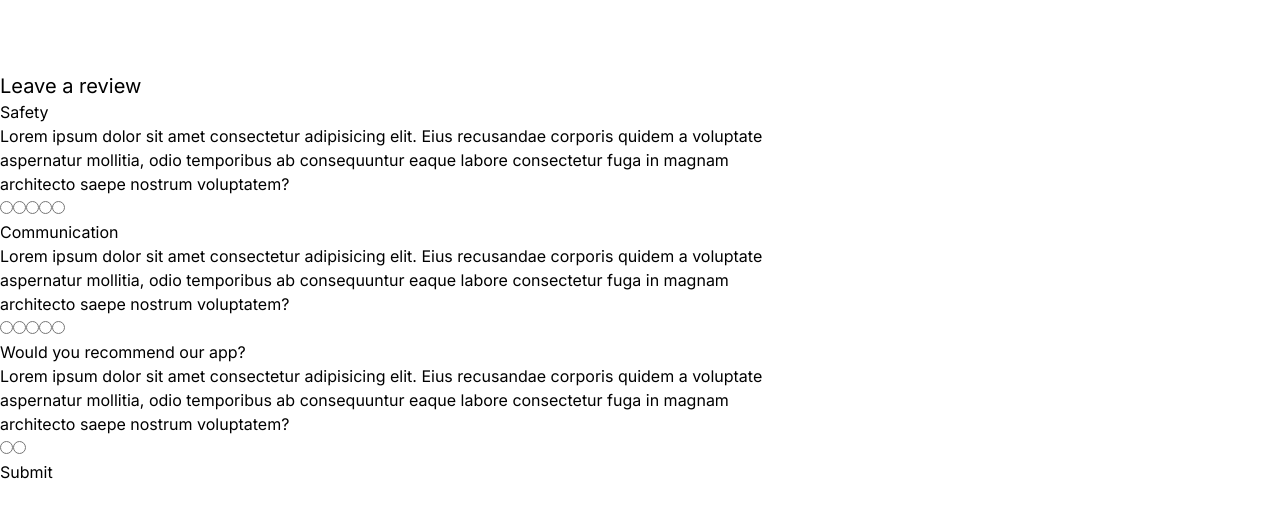
Repository: akankshaajoshi/review-form
Page: /review
These files come from the project's save history. The page is drawn as it stood at one moment and after the next save; the edit follows.
The browser window is 1280 px wide. The pictures show the whole page.
The project was rebuilt for these pictures with package versions that can differ from the ones it lists, and the page was loaded fresh each time. The framework's server and built-in components were replaced by stand-ins that run in the browser. Also part of the build but not shown: next.config.mjs.

Above is the page before, as saved 2024-05-25 12:28:45.

### app/(routes)/review/page.tsx
'use client'
import { useFormState, useFormStatus } from "react-dom";
import {createReview} from "@/app/actions"

const initialState = {
    message: null,
}

function SubmitButton(){
    const {pending} = useFormStatus();
    return (
        <button type="submit" aria-disabled={pending}>
            Submit
        </button>
    )
}

export default function Review(){
    const ratings = [1, 2, 3, 4, 5];
    const [state, formAction] = useFormState(createReview, initialState);
    return (
        <div className="flex items-center content-center w-[100vw] h-[100vh]">
            <div className="flex flex-col gap-x-4 items-left h-[80vh] w-[60vw]">
            <h2 className="text-xl text-bold">Leave a review</h2>
            {state?.message}
            <form action={formAction}>
                <fieldset>
                    <label htmlFor="safety">Safety</label>
                    <p>Lorem ipsum dolor sit amet consectetur adipisicing elit. Eius recusandae corporis quidem a voluptate aspernatur mollitia, odio temporibus ab consequuntur eaque labore consectetur fuga in magnam architecto saepe nostrum voluptatem?</p>
                    {ratings.map((item, index) =>{
                        return (
                            <input key={index} type="radio" name="safety" id={item.toString()} value={item}/>
                        )
                    })}
                </fieldset>
                <fieldset>
                    <label htmlFor="communication">Communication</label>
                    <p>Lorem ipsum dolor sit amet consectetur adipisicing elit. Eius recusandae corporis quidem a voluptate aspernatur mollitia, odio temporibus ab consequuntur eaque labore consectetur fuga in magnam architecto saepe nostrum voluptatem?</p>
                    {ratings.map((item, index) =>{
                        return (
                            <input key={index} type="radio" name="communication" id={item.toString()} value={item}/>
                        )
                    })}
                </fieldset>
                <fieldset>
                    <label htmlFor="recommend">Would you recommend our app? </label>
                    <p>Lorem ipsum dolor sit amet consectetur adipisicing elit. Eius recusandae corporis quidem a voluptate aspernatur mollitia, odio temporibus ab consequuntur eaque labore consectetur fuga in magnam architecto saepe nostrum voluptatem?</p>
                    <input type="radio" name="recommend" id="true" value="true" />
                    <input type="radio" name="recommend" id="false" value="false"/>
                </fieldset>
                <SubmitButton/>
            </form>
            </div>
        </div>
    )
}

### app/actions.tsx
'use server'

import {revalidatePath} from "next/cache";
import {sql} from "@vercel/postgres"
import {z} from 'zod'
// CREATE TABLE reviews (
//     id SERIAL PRIMARY KEY,
//      safety INTEGER NOT NULL,
//     communication INTEGER NOT NULL,
//      recommend VARCHAR(5) NOT NULL );
export async function createReview(prevState: {message: string}, formData: FormData){

    const schema = z.object({
        safety: z.number(),
        communication: z.number(),
        recommend: z.string(),
    })
    const parse = schema.safeParse({
        safety: Number(formData.get('safety')),
        communication: Number(formData.get('communication')),
        recommend: formData.get('recommend'),
    })

    if (!parse.success) {
        console.log("incorrect parse")
        return { message: "Failed to create todo" };
      }

    const data = parse.data

    try{
        await sql`
        INSERT INTO reviews(safety, communication, recommend) VALUES (${data.safety}, ${data.communication}, ${data.recommend})
        `
        // revalidatePath('/reviews/' )
        return {message: `Added review successfully.`}
    }catch(err){
        console.log(err)
        return {message: `Failed to add review.`}
    }
}

Loaded but not shown: app/layout.tsx (common file); app/globals.css (common file); tailwind.config.ts (common file)

After the next save:
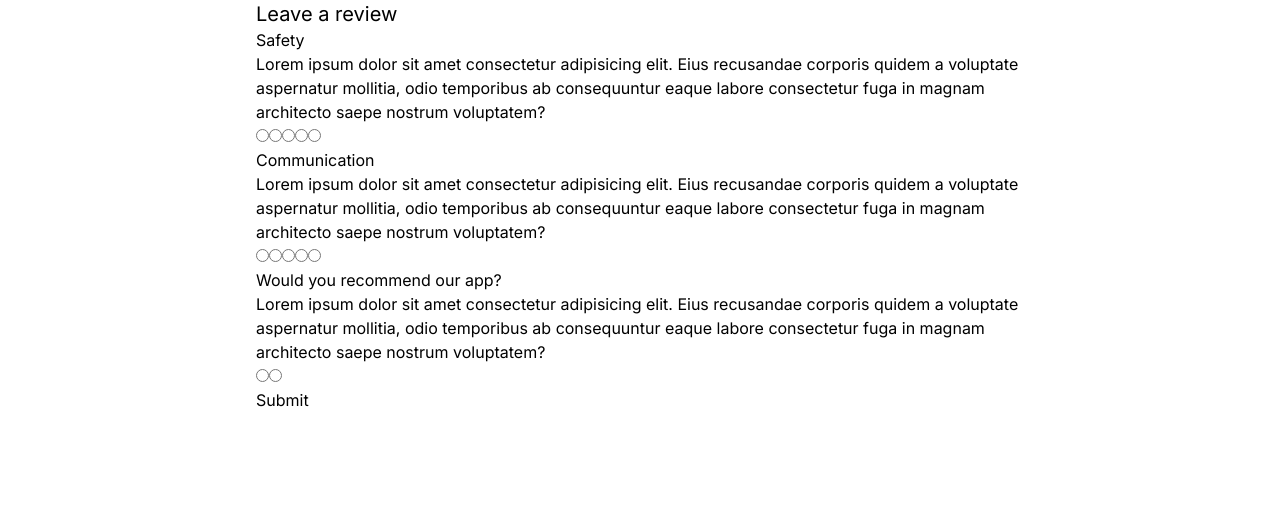
Saved 24 s later.
--- a/app/(routes)/review/page.tsx
+++ b/app/(routes)/review/page.tsx
@@ -19,7 +19,7 @@ export default function Review(){
     const ratings = [1, 2, 3, 4, 5];
     const [state, formAction] = useFormState(createReview, initialState);
     return (
-        <div className="flex items-center content-center w-[100vw] h-[100vh]">
+        <div className="flex flex-col items-center content-center w-[100vw] h-[100vh]">
             <div className="flex flex-col gap-x-4 items-left h-[80vh] w-[60vw]">
             <h2 className="text-xl text-bold">Leave a review</h2>
             {state?.message}
